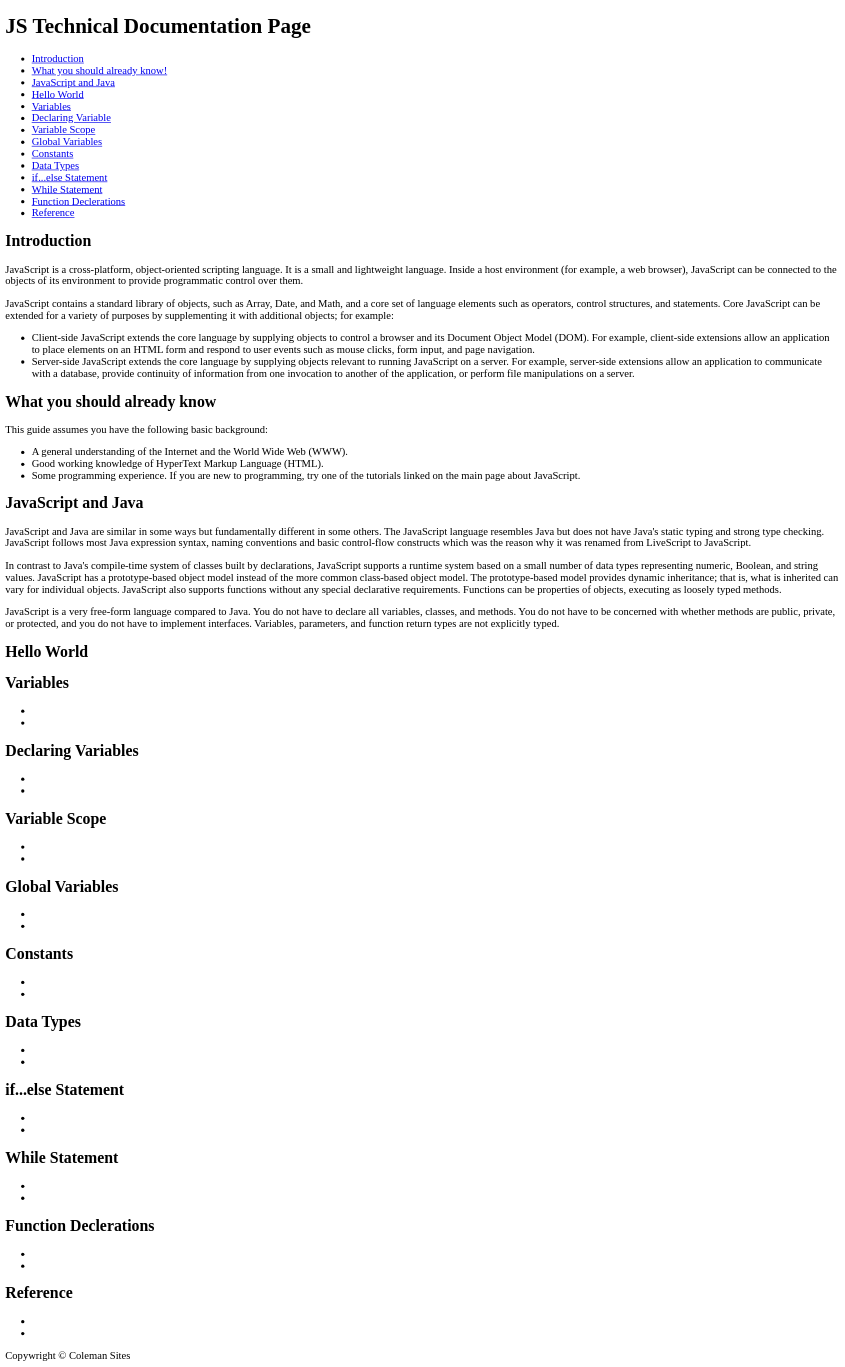
Repository: ctcoleman/technicalDocumentationPage
Page: index.html
An editor plug-in stored every save of this project. The page is shown before and after the next save, followed by the edit.
The browser window is 1280 px wide. The pictures show the whole page, at 66% of full size.

Above is the page before, as saved 2020-07-09 22:01:02.

### index.html
<!DOCTYPE html>
<html lang="en">

<head>
  <meta charset="UTF-8">
  <meta name="viewport" content="width=device-width, initial-scale=1.0">
  <title>FCC: Technical Documentation Page</title>
</head>

<body>


  <header>
    <h1 id="main-heading">JS Technical Documentation Page</h1>
    <nav id="navbar">
      <ul>
        <li>
          <a href="#introduction">Introduction</a>
        <li>
          <a href="#whatYouShouldKnowAlready">What you should already know!</a>
        <li>
          <a href="#javascriptAndJava">JavaScript and Java</a>
        <li>
          <a href="#helloWorld">Hello World</a>
        <li>
          <a href="#variables">Variables</a>
        </li>
        <li>
          <a href="#declaringVariable">Declaring Variable</a>
        </li>
        <li>
          <a href="#variableScopes">Variable Scope</a>
        </li>
        <li>
          <a href="#globalVariables">Global Variables</a>
        </li>
        <li>
          <a href="#constants">Constants</a>
        </li>
        <li>
          <a href="#dataTypes">Data Types</a>
        </li>
        <li>
          <a href="#ifElseStatements">if...else Statement</a>
        </li>
        <li>
          <a href="#whileStatements">While Statement</a>
        </li>
        <li>
          <a href="#functionDeclerations">Function Declerations</a>
        </li>
        <li>
          <a href="#reference">Reference</a>
        </li>
      </ul>
    </nav>
  </header>

  <main id="main-doc">


    <section class="main-section" id="Introduction">
      <h2 class="topic-header">Introduction</h2>
      <article>
        <p>
          JavaScript is a cross-platform, object-oriented scripting language. It is a small and lightweight language.
          Inside a
          host environment (for example, a web browser), JavaScript can be connected to the objects of its environment
          to provide
          programmatic control over them.
        </p>
        <p>
          JavaScript contains a standard library of objects, such as Array, Date, and Math, and a core set of language
          elements
          such as operators, control structures, and statements. Core JavaScript can be extended for a variety of
          purposes by
          supplementing it with additional objects; for example:
        <ul>
          <li>Client-side JavaScript extends the core language by supplying objects to control a browser and its
            Document Object Model
            (DOM). For example, client-side extensions allow an application to place elements on an HTML form and
            respond to user
            events such as mouse clicks, form input, and page navigation.</li>
          <li>Server-side JavaScript extends the core language by supplying objects relevant to running JavaScript on a
            server. For
            example, server-side extensions allow an application to communicate with a database, provide continuity of
            information
            from one invocation to another of the application, or perform file manipulations on a server.</li>
        </ul>
        </p>
      </article>
    </section>

    <section class="main-section" id="whatYouShouldAlreadyKnow">
      <h2 class="topic-header">What you should already know</h2>
      <article>
        <p>
          This guide assumes you have the following basic background:
        <ul>
          <li>A general understanding of the Internet and the World Wide Web (WWW).
          </li>
          <li>Good working knowledge of HyperText Markup Language (HTML).
          </li>
          <li>Some programming experience. If you are new to programming, try one of the tutorials linked on the main
            page about
            JavaScript.
          </li>
        </ul>
        </p>
      </article>
    </section>

    <section class="main-section" id="javaScriptAndJava">
      <h2 class="topic-header">JavaScript and Java</h2>
      <article>
        <p>
          JavaScript and Java are similar in some ways but fundamentally different in some others. The JavaScript
          language
          resembles Java but does not have Java's static typing and strong type checking. JavaScript follows most Java
          expression
          syntax, naming conventions and basic control-flow constructs which was the reason why it was renamed from
          LiveScript to
          JavaScript.
        </p>
        <p>
          In contrast to Java's compile-time system of classes built by declarations, JavaScript supports a runtime
          system based
          on a small number of data types representing numeric, Boolean, and string values. JavaScript has a
          prototype-based
          object model instead of the more common class-based object model. The prototype-based model provides dynamic
          inheritance; that is, what is inherited can vary for individual objects. JavaScript also supports functions
          without any
          special declarative requirements. Functions can be properties of objects, executing as loosely typed methods.
        </p>
        <p>
          JavaScript is a very free-form language compared to Java. You do not have to declare all variables, classes, and
          methods. You do not have to be concerned with whether methods are public, private, or protected, and you do not have to
          implement interfaces. Variables, parameters, and function return types are not explicitly typed.
        </p>
      </article>
    </section>

    <section class="main-section" id="helloWorld">
      <h2 class="topic-header">Hello World</h2>
      <article>
        <p>

        </p>
        <p>

        </p>
      </article>
    </section>

    <section class="main-section" id="variables">
      <h2 class="topic-header">Variables</h2>
      <article>
        <p>
        <ul>
          <li></li>
          <li></li>
        </ul>
        </p>
        <p>

        </p>
      </article>
    </section>

    <section class="main-section" id="declaringVariables">
      <h2 class="topic-header">Declaring Variables</h2>
      <article>
        <p>
        <ul>
          <li></li>
          <li></li>
        </ul>
        </p>
        <p>

        </p>
      </article>
    </section>

    <section class="main-section" id="variableScope">
      <h2 class="topic-header">Variable Scope</h2>
      <article>
        <p>
        <ul>
          <li></li>
          <li></li>
        </ul>
        </p>
        <p>

        </p>
      </article>
    </section>

    <section class="main-section" id="globalVariables">
      <h2 class="topic-header">Global Variables</h2>
      <article>
        <p>
        <ul>
          <li></li>
          <li></li>
        </ul>
        </p>
        <p>

        </p>
      </article>
    </section>

    <section class="main-section" id="constants">
      <h2 class="topic-header">Constants</h2>
      <article>
        <p>
        <ul>
          <li></li>
          <li></li>
        </ul>
        </p>
        <p>

        </p>
      </article>
    </section>

    <section class="main-section" id="dataTypes">
      <h2 class="topic-header">Data Types</h2>
      <article>
        <p>
        <ul>
          <li></li>
          <li></li>
        </ul>
        </p>
        <p>

        </p>
      </article>
    </section>

    <section class="main-section" id="ifElseStatements">
      <h2 class="topic-header">if...else Statement</h2>
      <article>
        <p>
        <ul>
          <li></li>
          <li></li>
        </ul>
        </p>
        <p>

        </p>
      </article>
    </section>

    <section class="main-section" id="whileStatements">
      <h2 class="topic-header">While Statement</h2>
      <article>
        <p>
        <ul>
          <li></li>
          <li></li>
        </ul>
        </p>
        <p>

        </p>
      </article>
    </section>

    <section class="main-section" id="functionDeclerations">
      <h2 class="topic-header">Function Declerations</h2>
      <article>
        <p>
        <ul>
          <li></li>
          <li></li>
        </ul>
        </p>
        <p>

        </p>
      </article>
    </section>

    <section class="main-section" id="reference">
      <h2 class="topic-header">Reference</h2>
      <article>
        <p>
        <ul>
          <li></li>
          <li></li>
        </ul>
        </p>
        <p>

        </p>
      </article>
    </section>

    <footer id="footer-wrapper">
      <span>Copywright &copy; Coleman Sites</span>
    </footer>
  </main>
</body>

</html>

After the next save:
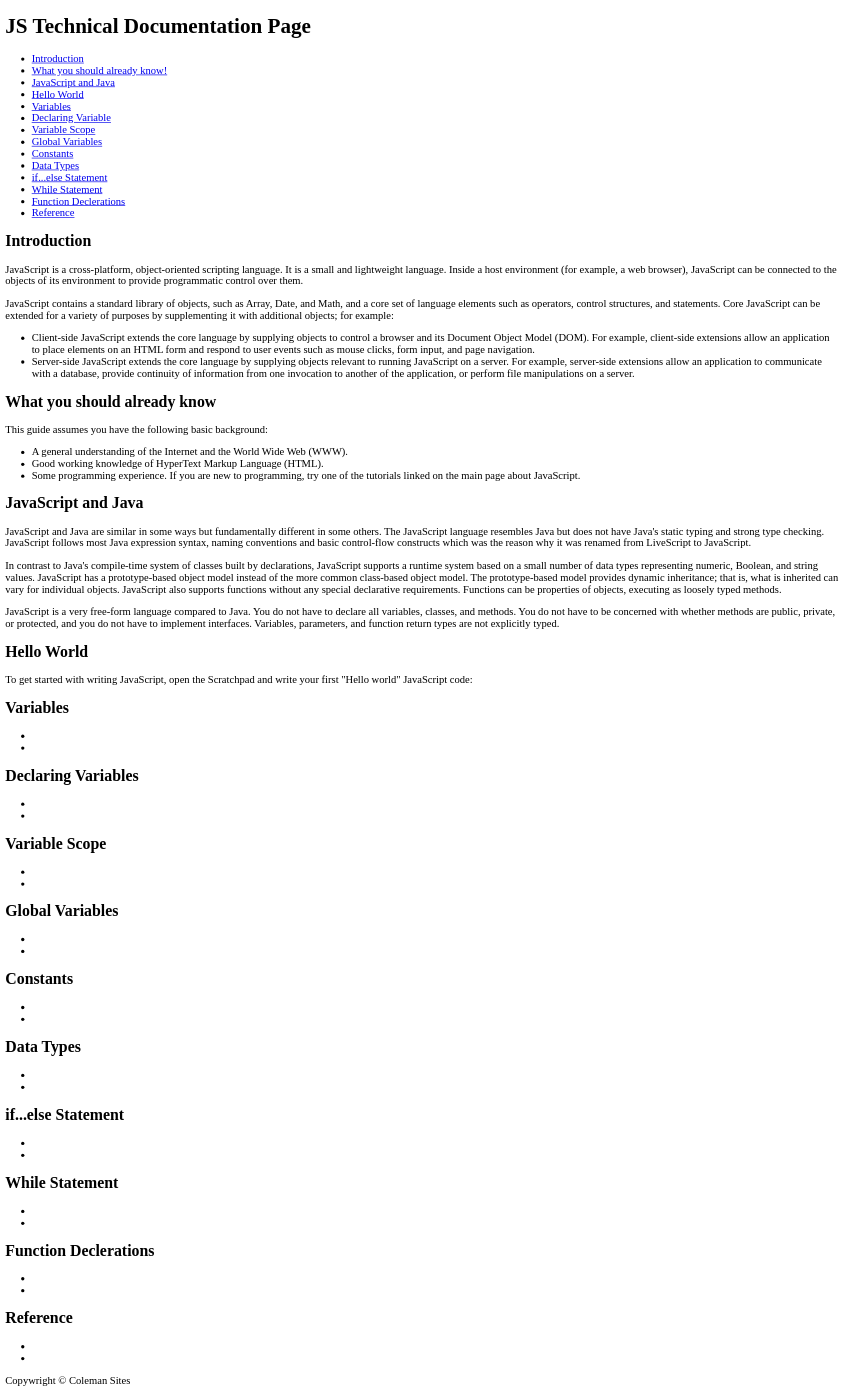
Saved 6 s later.
--- a/index.html
+++ b/index.html
@@ -144,7 +144,7 @@
       <h2 class="topic-header">Hello World</h2>
       <article>
         <p>
-
+          To get started with writing JavaScript, open the Scratchpad and write your first "Hello world" JavaScript code:
         </p>
         <p>
 
